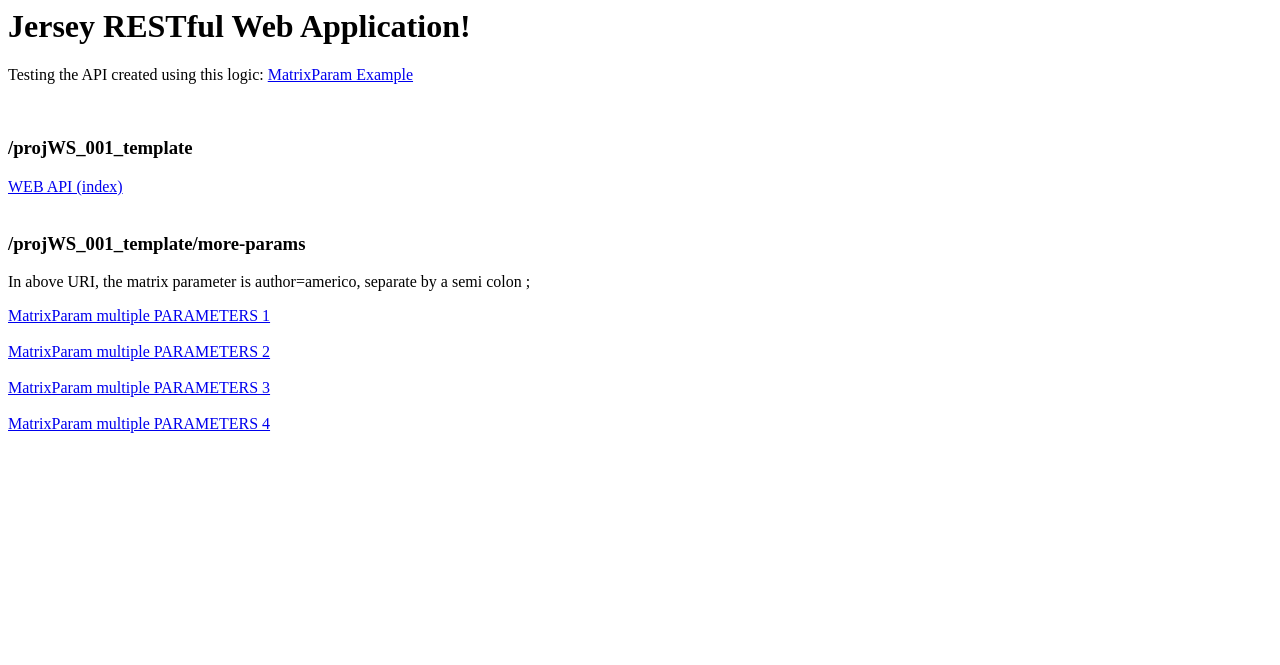
Repository: atafs/BackEnd_JAX-RS_REST_2continue
Page: http://localhost/projWS_001_template/
The author's editor kept a copy of each file at every save. The page is drawn from the files as they stood at one save, then again after the next save.
The browser window is 1280 px wide. The pictures show the whole page.
The page is served by Tomcat 9.

Above is the page before, as saved 2016-05-02 16:31:14.

After the next save:
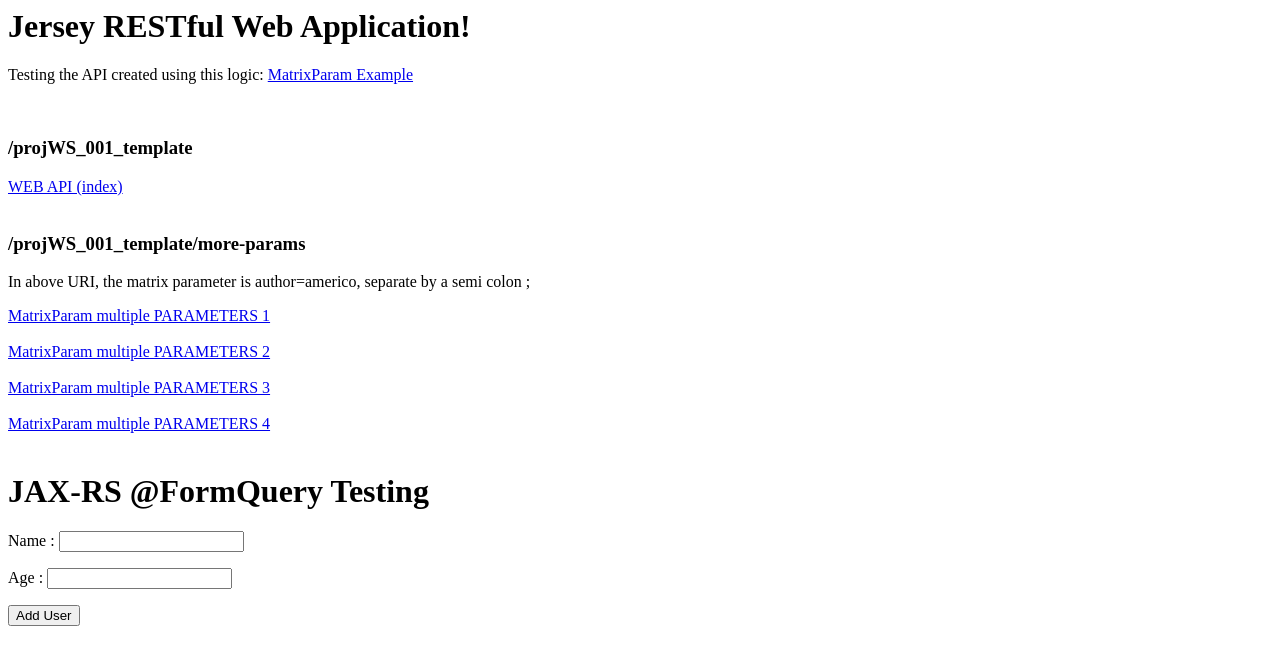
Saved 56 s later.
--- a/projWS_001_template/src/main/webapp/index.jsp
+++ b/projWS_001_template/src/main/webapp/index.jsp
@@ -1,6 +1,7 @@
 <html>
 <body>
-     <!-- TITLE -->
+	<!-- ######################################## -->
+    <!-- TITLE -->
 	<h1>Jersey RESTful Web Application!</h1>
 
 	<!-- TXT -->
@@ -19,7 +20,19 @@
 	<a href="http://localhost:8085/projWS_001_template/americolib/ws/2011;author=tomas;country=portugal">MatrixParam multiple PARAMETERS 3</a><br/><br/>
 	<a href="http://localhost:8085/projWS_001_template/americolib/ws/2011;country=malaysia;author=ana">MatrixParam multiple PARAMETERS 4</a><br/><br/>
 
-    <!-- ######################################## -->
+    <!-- JAX-RS @FormParam example ######################################## -->
+    <!-- FORM -->
+    <h1>JAX-RS @FormQuery Testing</h1>
+
+	<form action="rest/user/add" method="post">
+		<p>
+			Name : <input type="text" name="name" />
+		</p>
+		<p>
+			Age : <input type="text" name="age" />
+		</p>
+		<input type="submit" value="Add User" />
+	</form>
 
 
 
